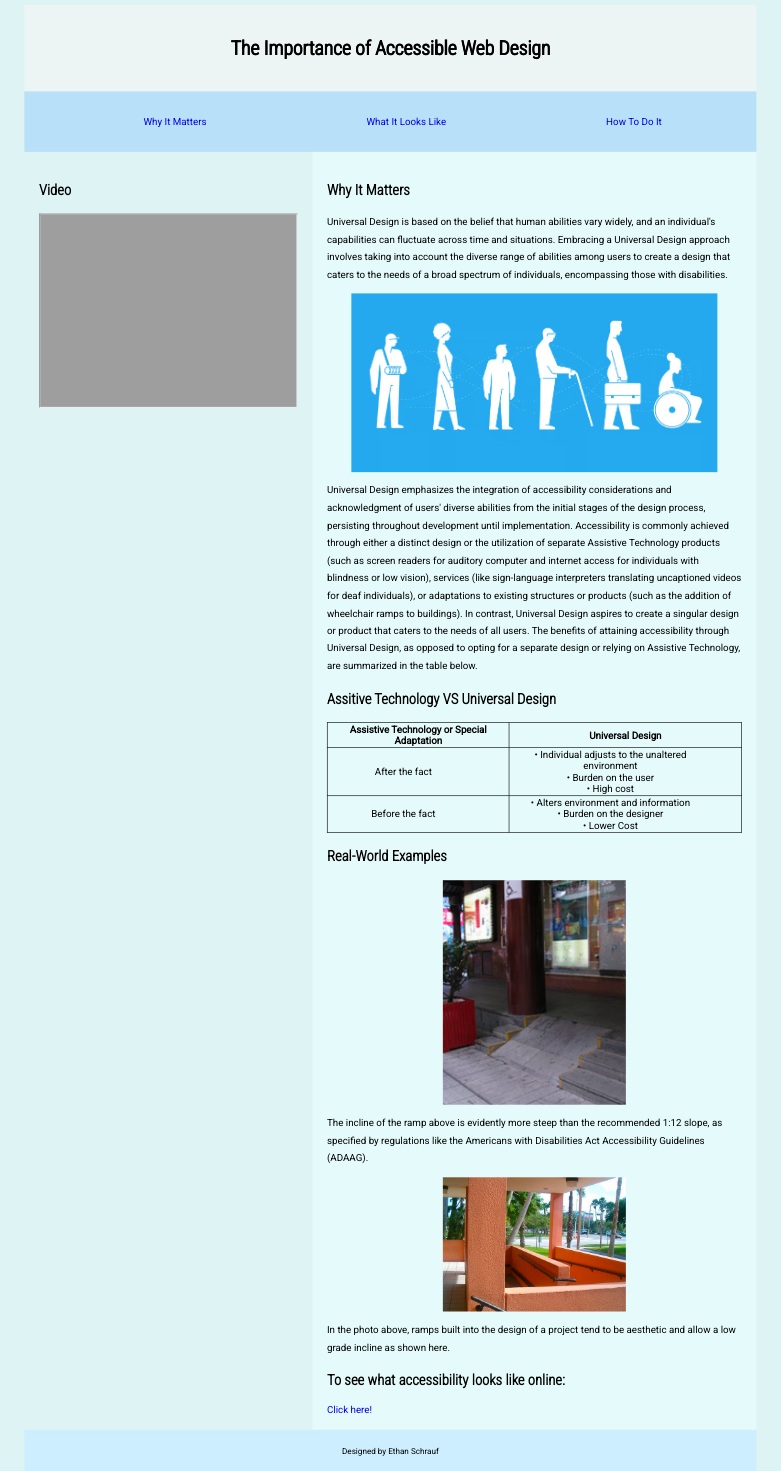
Repository: ethan-schrauf/UniversalDesignWebsite
Page: Final-Project/why.html
An editor plug-in stored every save of this project. The page is shown before and after the next save, followed by the edit.
The browser window is 1280 px wide. The pictures show the whole page, at 61% of full size.
Pictures or frames that could not be fetched are drawn as grey boxes.

Above is the page before, as saved 2023-11-27 17:04:04.

### Final-Project/why.html

<!DOCTYPE html>

<html lang="en">
<head>
  <meta charset="UTF-8">
  <meta name="viewport" content="width=device-width, initial-scale=1.0">
  <meta http-equiv="X-UA-Compatible" content="ie=edge">
  <title>Why Accessibility Matters</title>
  <link href="why.css" rel="stylesheet">
</head>
<body>
  <a href="#main-content" class="skip-link">Skip to main content</a>
<div class="container">
  <header>
    <h1>The Importance of Accessible Web Design</h1>
  </header>
  <nav>
    <h2 class="sr-only">Main Navigation</h2>
    <ul>
      <li><a href="why.html">Why It Matters</a></li>
      <li><a href="what.html">What It Looks Like</a></li>
      <li><a href="how.html">How To Do It</a></li>
    </ul>
  </nav>
  <main id="main-content" class="mainy">
    <section>
      <h2 id="Why-It-Matters">Why It Matters</h2>
      <p>Universal Design is based on the belief that human abilities vary widely, and an individual's capabilities can fluctuate across time and situations. Embracing a Universal Design approach involves taking into account the diverse range of abilities among users to create a design that caters to the needs of a broad spectrum of individuals, encompassing those with disabilities.</p>
      <img src="images/why-it-matters.png" alt="A diverse group of people are moving to the right."  style="width: 600px; height: auto;">
      <p>Universal Design emphasizes the integration of accessibility considerations and acknowledgment of users' diverse abilities from the initial stages of the design process, persisting throughout development until implementation. Accessibility is commonly achieved through either a distinct design or the utilization of separate Assistive Technology products (such as screen readers for auditory computer and internet access for individuals with blindness or low vision), services (like sign-language interpreters translating uncaptioned videos for deaf individuals), or adaptations to existing structures or products (such as the addition of wheelchair ramps to buildings). In contrast, Universal Design aspires to create a singular design or product that caters to the needs of all users. The benefits of attaining accessibility through Universal Design, as opposed to opting for a separate design or relying on Assistive Technology, are summarized in the table below.</p>
      <!-- TABLE -->
  <section id="Assitive-Technology-or-Special-Adaptation-VS-Universal-Design">
    <h2>Assitive Technology VS Universal Design</h2>
    <table>
      <caption></caption>
      <thead>
          <tr>
              <th scope="col">Assistive Technology or Special Adaptation</th>
              <th scope="col">Universal Design</th>
          </tr>
      </thead>
      <tbody>
          <tr>
              <td>After the fact</td>
              <td>• Individual adjusts to the unaltered environment<br>• Burden on the user<br>• High cost</td>
          </tr>
          <tr>
              <td>Before the fact</td>
              <td>• Alters environment and information<br>• Burden on the designer<br>• Lower Cost</td>
          </tr>
      </tbody>
  </table>
  </section>
      <h2>Real-World Examples</h2>
      <img src="images/shanghai.png" alt="Wheelchair Ramp In Shanghai China"  style="width: 300px; height: auto;">
      <p>The incline of the ramp above is evidently more steep than the recommended 1:12 slope, as specified by regulations like the Americans with Disabilities Act Accessibility Guidelines (ADAAG).</p>
      <img src="images/graham-park.png" alt="Picture of Graham Park"  style="width: 300px; height: auto;">
      <p>In the photo above, ramps built into the design of a project tend to be aesthetic and allow a low grade incline as shown here.</p>

      <h2>To see what accessibility looks like online:</h2>
      <a href="what.html">Click here!</a>
    </section>
  </main>
  <aside id="intro">
    <h2>Video</h2>
<iframe width="420" height="315"
src="https://www.youtube.com/embed/20SHvU2PKsM?si=sPxk5s9YLsb9J-sf">
</iframe>  </aside>
  <footer>
    <small> Designed by Ethan Schrauf</small>
  </footer>

</div> <!-- end container -->
</body>
</html>

### Final-Project/why.css
@import url('https://fonts.googleapis.com/css2?family=Roboto&display=swap');
@import url('https://fonts.googleapis.com/css2?family=Roboto&family=Roboto+Condensed:wght@300&display=swap');

body {
    background: rgb(222, 243, 244);
}

/* css reset */
::before,
::after {
    box-sizing: border-box;
    padding: 0;
    margin: 0;
}

h1,
h2,
h3 {
    padding: .2em 0;
}
h1 {
  font-family: 'Roboto Condensed', sans-serif;
  text-shadow: 0.5px 0.5px 0.5px black;
}

p {
    margin: 1.0em 0;
    line-height: 1.8em;
}

header,
nav,
main,
aside,
footer {
    padding: 1.5em;
}

header,
footer {
    text-align: center;
}

.container {
    max-width: 1200px;
    margin: 0 auto;
    /* background: rgb(243, 251, 209); */
    display: grid;
    width: 100vw;
    height: 100vh;
    grid-template-columns:
     1fr       2fr;
    grid-template-areas:
    "heady     heady"
    "navvy     navvy"
    "Park-Rules    mainy"
    "Colorado-Wildlife    mainy"
    "footy     footy";

  }

  header {grid-area: heady; background:rgb(237, 245, 244);}
nav {grid-area: navvy; background:rgb(184, 224, 248);}
main {grid-area: mainy; background: rgb(229, 250, 250); max-height: 100%;}
#Park-Rules {grid-area: Park-Rules; background: rgb(214, 236, 245);}
#Colorado-Wildlife {grid-area: Colorado-Wildlife; background: rgb(215, 241, 247);}
footer {grid-area: footy; background: rgb(205, 238, 255);}

nav ul {
    display: flex;
    flex-flow: row nowrap;
    justify-content: space-around;
    }

    nav ul li {
      list-style: none
    }

    @media screen
      and (min-width: 701px)
      and (max-width: 1000px)  {
    .container {
    grid-template-columns:
       1fr 1fr;
    grid-template-areas:
      "heady heady"
      "navvy navvy"
      "intro intro"
      "mainy mainy"
      "footy footy";
    }
    }

    @media screen
      and (max-width: 700px)  {
    .container {
    grid-template-columns:
       1fr;
    grid-template-areas:
      "heady"
      "navvy"
      "intro"
      "mainy"
      "footy";
    }
    nav ul {
      flex-flow: column nowrap;
      text-align: center;
    }
    nav ul li a {
      display: block;
      padding: 10px 5px;
      margin: 5px;
      background: white;

    }
    }

    p {
        font-family: 'Roboto', sans-serif;
    }

    h2,
    h1 {
        font-family: 'Roboto Condensed', sans-serif;
    }

    #park-image {
        width: 300px; /* Set the desired width in pixels */
        height: auto; /* Maintain the aspect ratio */
      }

      .sr-only {
        border: 0;
        clip: rect(0, 0, 0, 0);
        height: 1px;
        margin: -1px;
        overflow: hidden;
        padding: 0;
        position: absolute;
        white-space: nowrap;
        width: 1px;
      }

       a {
      text-decoration: none;
      font-family: 'Roboto', sans-serif;
    }

  iframe {
    display:block;
  }

  table {
    border: 2px solid rgb(0, 0, 0);
  }

  table, th, td {
    border-collapse: collapse;
    border: 1px solid rgb(0, 0, 0);
    font-family: 'Roboto', sans-serif;
    text-align: center;
  }
  td {
    border-collapse: collapse;
    padding-right: 50px;
  }

  .skip-link {
    background: lavender;
    color: black;
    font-weight: 700;
    padding: 4px;
    position: absolute;
    transform: translate(-200%);
    text-decoration: none; /* Remove underline */
    z-index: 9999; /* Ensure it's on top */
  }

  .skip-link:focus {
    transform: translate(0%);
  }

  .skip-link {
    transition: transform 0.5s;
  }

  footer {
    font-family: "Roboto", sans-serif;
  }
  img {
    margin: auto;
    display: block;
  }

After the next save:
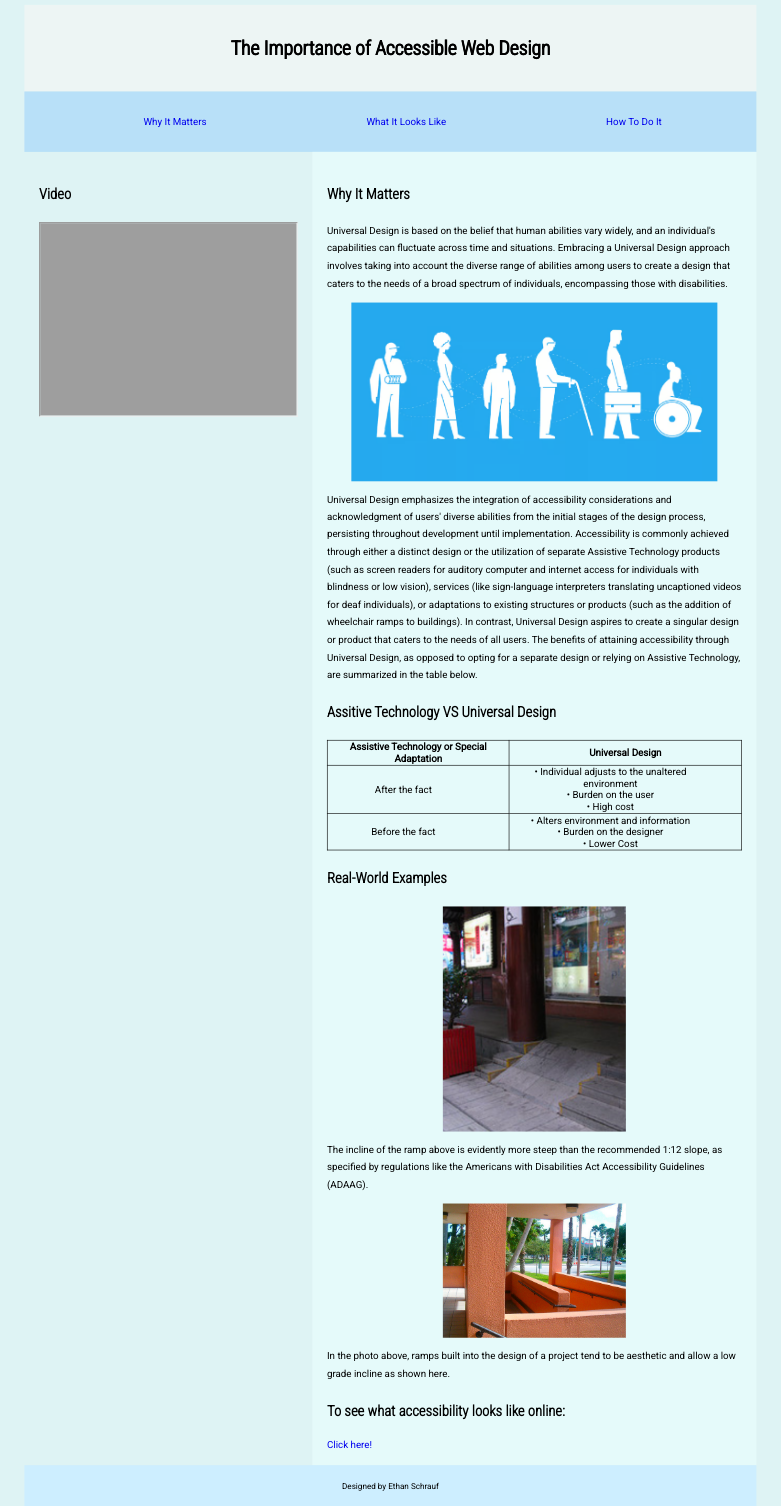
Saved 45 s later.
--- a/Final-Project/why.css
+++ b/Final-Project/why.css
@@ -14,10 +14,14 @@ body {
 }
 
 h1,
-h2,
 h3 {
     padding: .2em 0;
 }
+
+h2 {
+  padding: 0.5em 0;
+}
+
 h1 {
   font-family: 'Roboto Condensed', sans-serif;
   text-shadow: 0.5px 0.5px 0.5px black;
